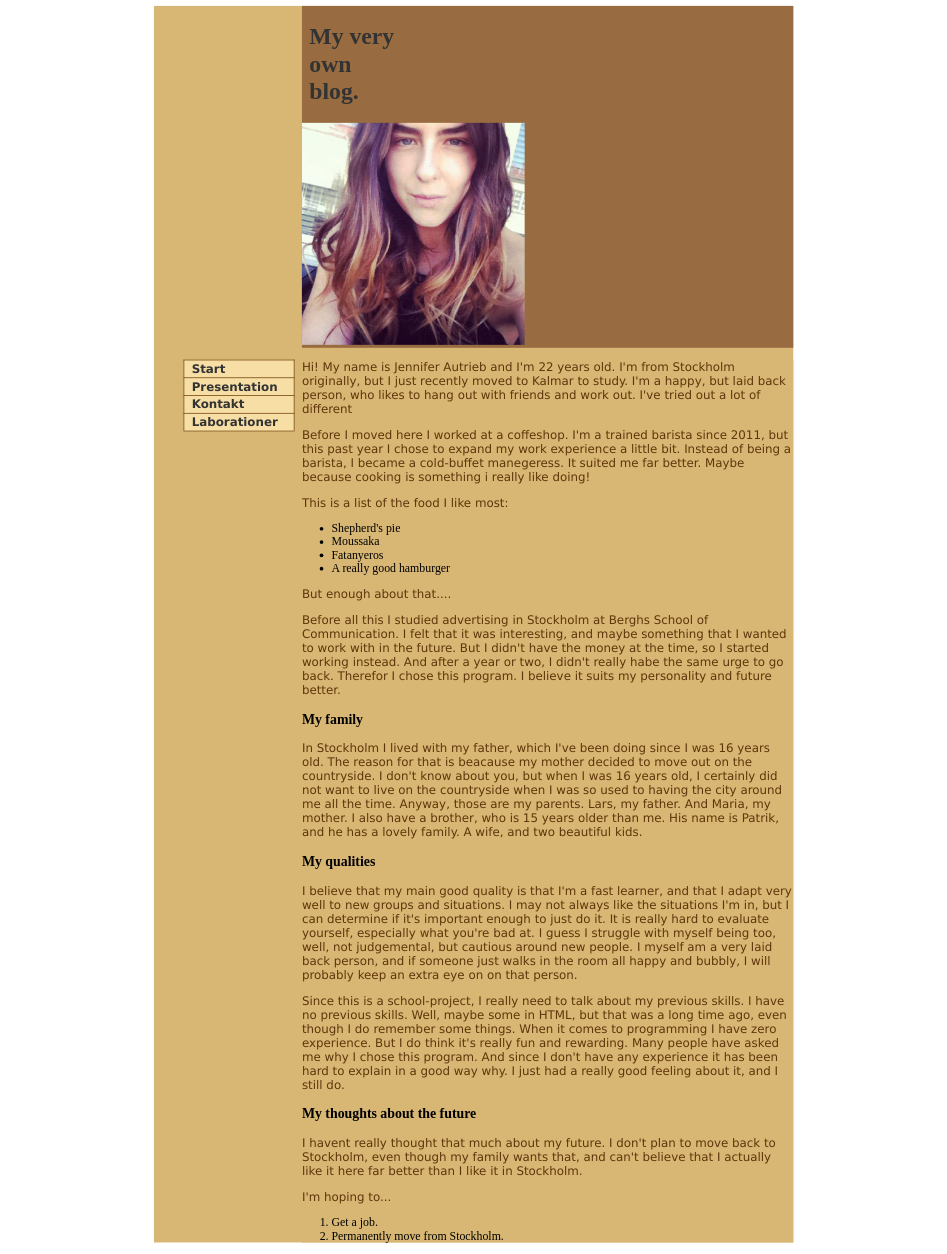
Repository: JeAut/1ik415-JeAut-laborationer
Page: WWW/pages/Presentation.html
The author's editor kept a record of every edit. The page is drawn from the files as they stood at one moment, then again after the next edit.
The browser window is 1280 px wide. The pictures show the whole page, at 74% of full size.

Above is the page before.

After the next edit:
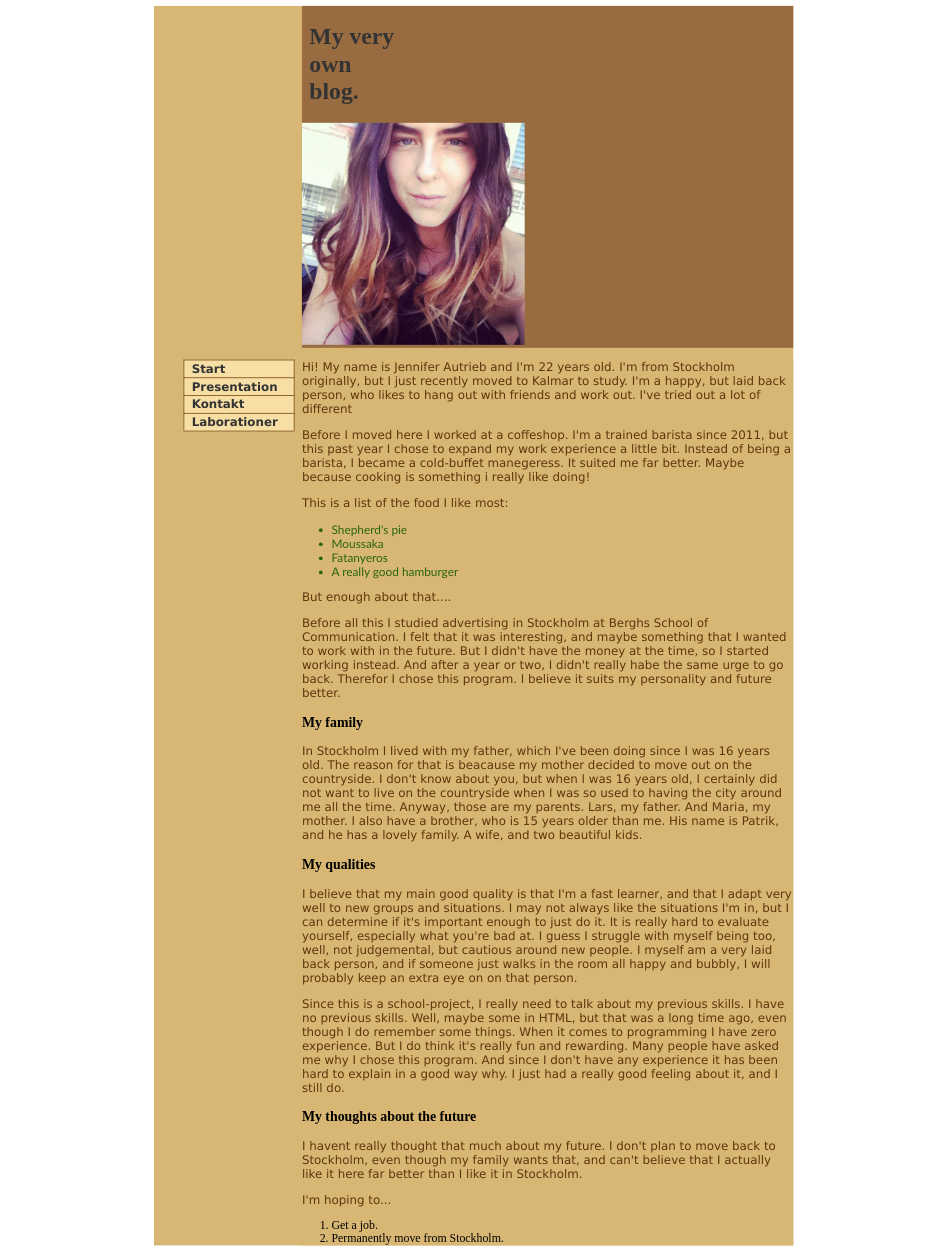
The edit:
--- a/WWW/pages/Presentation.html
+++ b/WWW/pages/Presentation.html
@@ -43,7 +43,7 @@
 
         <p>This is a list of the food I like most:</p>
         <ul>
-            <li>Shepherd's pie</li>
+            <p1><li>Shepherd's pie</li>
             <li>Moussaka</li>
             <li>Fatanyeros</li>
             <li>A really good hamburger</li>
